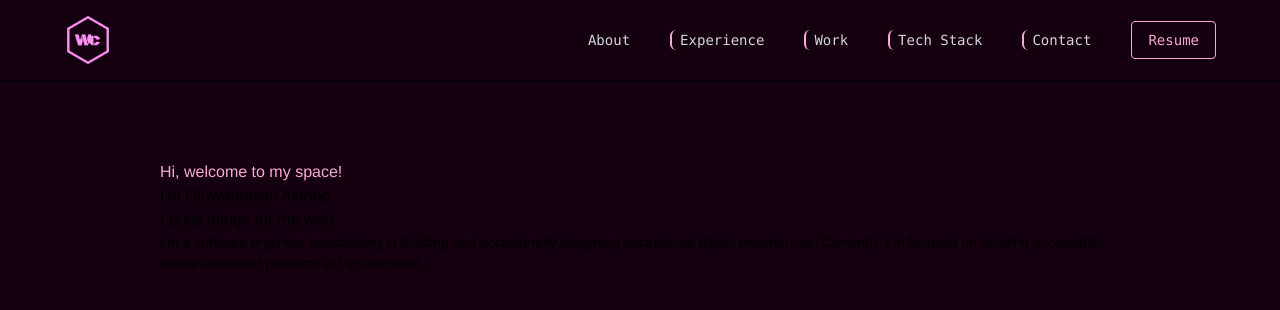
Repository: EmmyDunny1/myPortfolio
Page: / (app in MyPortfolio/)
The author's editor kept a copy of each file at every save. The page is drawn from the files as they stood at one save, then again after a run of saves.
The browser window is 1280 px wide. The pictures show the whole page.
The project was rebuilt for these pictures with package versions that can differ from the ones it lists, and the page was loaded fresh each time. Also part of the build but not shown: MyPortfolio/vite.config.js.

Above is the page before, as saved 2025-01-13 10:36:35.

### MyPortfolio/index.html
<!doctype html>
<html lang="en">
  <head>
    <meta charset="UTF-8" />
    <link rel="icon" type="image/svg+xml" href="/vite.svg" />
    <meta name="viewport" content="width=device-width, initial-scale=1.0" />
    <title>My Portfolio Website</title>
  </head>
  <body>
    <div id="root"></div>
    <script type="module" src="/src/main.jsx"></script>
  </body>
</html>

### MyPortfolio/src/index.css
@tailwind base;
@tailwind components;
@tailwind utilities;


body{

    max-width: 90rem;
  /* margin-left: 2rem;
  margin-right: 2rem; */
  background:   rgb(21, 0, 15);
  font-family: "Helvetica Neue";
  }

  img {
    width: 12rem;
    height: 7rem;
  }

  p{ font-size: 14px

  }

### MyPortfolio/src/App.jsx
import React from 'react'
import Navbar from './components/Navbar'
import HeroSection from './components/HeroSection'
const App = () => {
  return (
    <div>
    <div className=''> <Navbar/> </div>
    <div className='mt-[10rem]'><HeroSection/> </div>

    </div>
  )
}

export default App

### MyPortfolio/src/components/Navbar.jsx
import React from 'react'
import WEBCANIC from '../assets/WEBCANIC.png'

const Navbar = () => {
  return (
    <nav className="fixed top-0 left-0 w-full bg-dark-navy shadow-sm  shadow-black text-gray-300 z-10">
    <div className=" flex items-center justify-between py-4 mx-[4rem]">
      <div className="flex items-center">

          <img src={WEBCANIC} className='h-[3rem] w-[3rem]' alt="" />

      </div>
      <div className="flex items-center space-x-8 ">
        <a
          href="#about"
          className="hover:text-green text-sm font-mono  border-solid border-pink-300 rounded-md px-2 ">
          <div>  </div>  About
        </a>
        <a
          href="#experience"
          className="hover:text-green text-sm font-mono border-l-2 border-solid border-pink-300 rounded-md px-2">
           Experience
        </a>
        <a
          href="#work"
          className="hover:text-green text-sm font-mono border-l-2 border-solid border-pink-300 rounded-md px-2">
           Work
        </a>
        <a
          href="#work"
          className="hover:text-green text-sm font-mono border-l-2 border-solid border-pink-300 rounded-md px-2">
           Tech Stack
        </a>
        <a
          href="#contact"
          className="hover:text-green text-sm font-mono border-l-2 border-solid border-pink-300 rounded-md px-2">
           Contact
        </a>
        <a
          href="/resume.pdf"
          download
          className="border border-green text-pink-300 px-4 py-2 rounded text-sm font-mono hover:bg-green hover:text-dark-navy hover:shadow-sm hover:shadow-gray-300 hover:border-gray-300 hover:text-gray-300 transition border-pink-300">
          Resume
        </a>
      </div>
    </div>
  </nav>
  )
}

export default Navbar

### MyPortfolio/src/components/HeroSection.jsx
import React from 'react'

const HeroSection = () => {
  return (
    <div className='block mx-[10rem] '>

      <div className=''>
        <span className='text-pink-300'>Hi, welcome to my space!</span>
        <h1>I'm Oluwadunsin Akinbo</h1>
        <h2>I build things for the web</h2>

        <p>I’m a software engineer specializing in building and occasionally designing exceptional digital experiences. Currently, I’m focused on building accessible, human-centered products at Upstatement.</p>


      </div>

    </div>
  )
}

export default HeroSection

Loaded but not shown: MyPortfolio/src/main.jsx (common file); MyPortfolio/tailwind.config.js (common file)

After the next 4 saves:
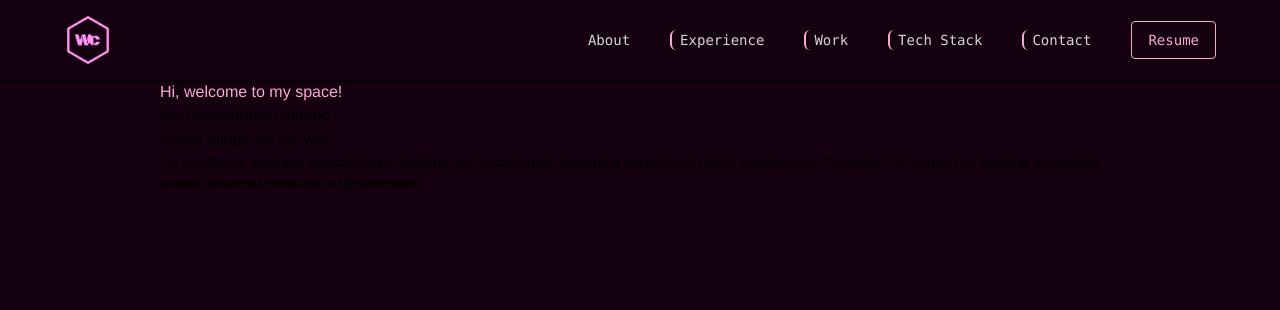
The 4 saves are shown as one change because they came seconds apart.
The last was saved 17 s later.
--- a/MyPortfolio/src/App.jsx
+++ b/MyPortfolio/src/App.jsx
@@ -5,7 +5,7 @@
   return (
     <div>
     <div className=''> <Navbar/> </div>
-    <div className='mt-[10rem]'><HeroSection/> </div>
+    <div className='mt-[5rem]'><HeroSection/> </div>
 
     </div>
   )
